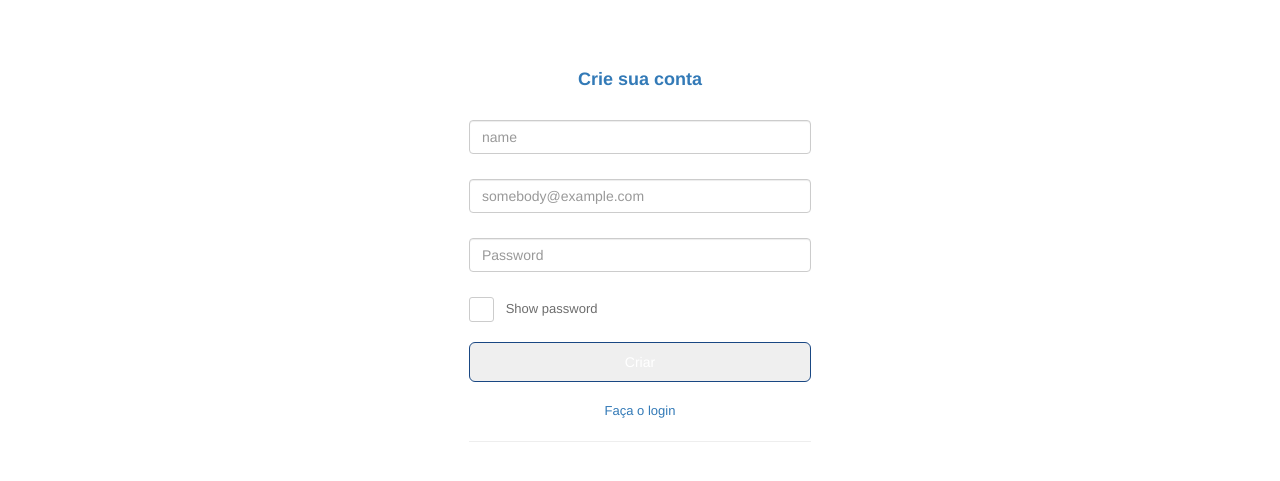
Repository: jaummsilva/DesafioSZ-PHP
Page: http://localhost/App/Views/admin/cadastroUsuarioAdmin.phtml
An editor plug-in stored every save of this project. The page is shown before and after the next save, followed by the edit.
The browser window is 1280 px wide. The pictures show the whole page.
Some web libraries are served in a nearby version. The page is run by PHP 8.4 with error messages shown; the project is at /var/www/html/.

Above is the page before, as saved 2023-03-23 13:56:54.
Console error (its wording comes from the project's code and is left out).

After the next save:
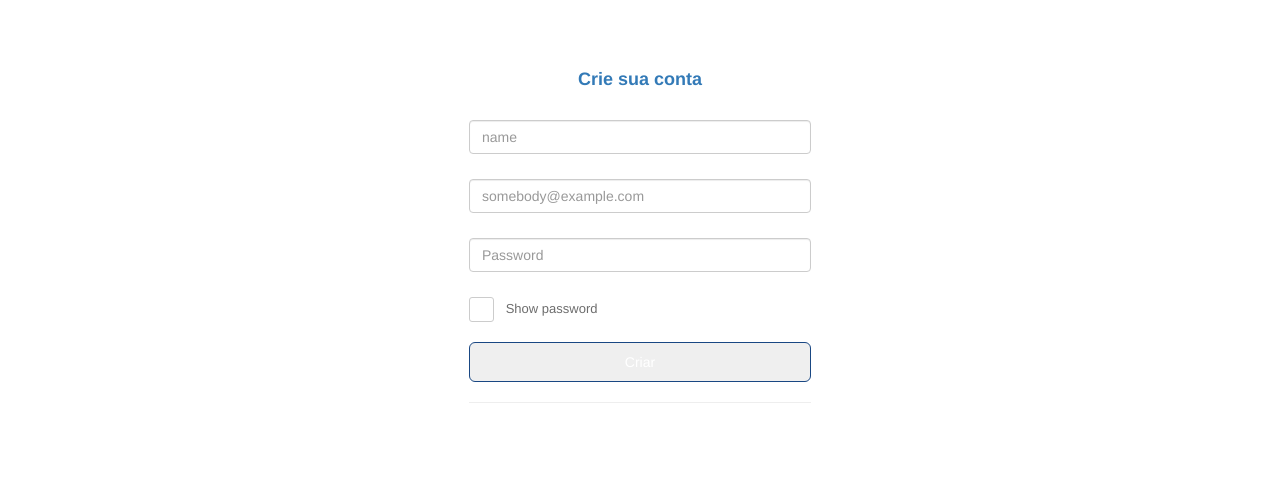
Saved 11 s later.
--- a/App/Views/admin/cadastroUsuarioAdmin.phtml
+++ b/App/Views/admin/cadastroUsuarioAdmin.phtml
@@ -30,7 +30,6 @@
                         </div>
                         <input type="submit" id="btn-login" class="btn btn-custom btn-light text-primary btn-lg btn-block" value="Criar">
                     </form>
-                    <a href="/login" class="forget">Faça o login</a>
                     <hr>
                 </div>
             </div> <!-- /.col-xs-12 -->
